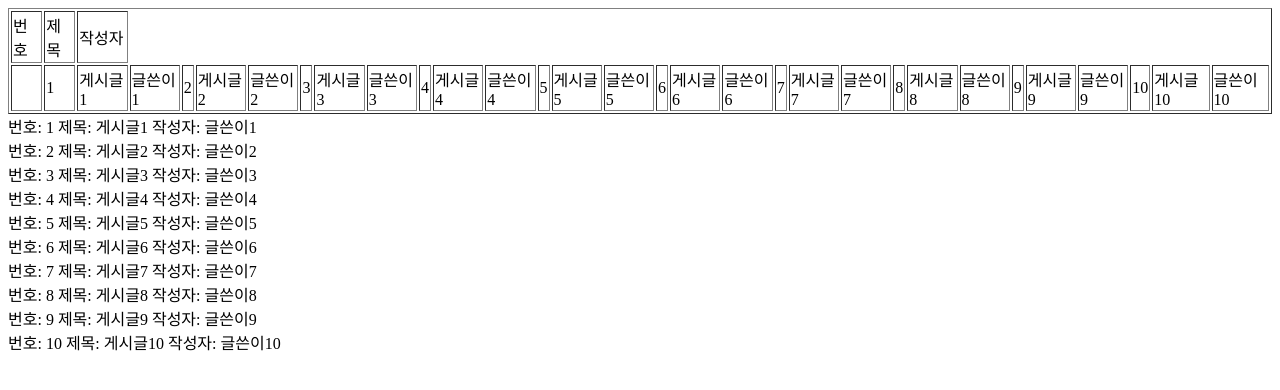
Repository: Luho0113/SpringBootStudy
Page: http://localhost/web/list.jsp
These files come from the project's save history. The page is drawn as it stood at one moment and after the next save; the edit follows.
The browser window is 1280 px wide. The pictures show the whole page.
The page is served by Tomcat 9.

Above is the page before, as saved 2023-05-03 03:14:59.

After the next save:
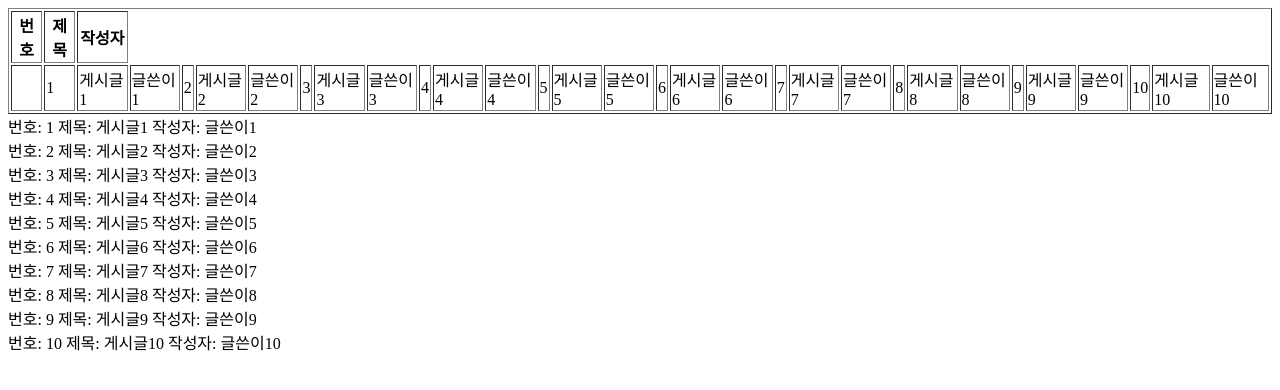
Saved 39 s later.
--- a/web/src/main/webapp/list.jsp
+++ b/web/src/main/webapp/list.jsp
@@ -27,9 +27,9 @@ for(int i=1;i<=10;i++){
 <body>
 <table border="1">
 <tr>
-	<td>번호</td>
-	<td>제목</td>
-	<td>작성자</td>
+	<th>번호</th>
+	<th>제목</th>
+	<th>작성자</th>
 </tr>
 <tr>
 	<td>
